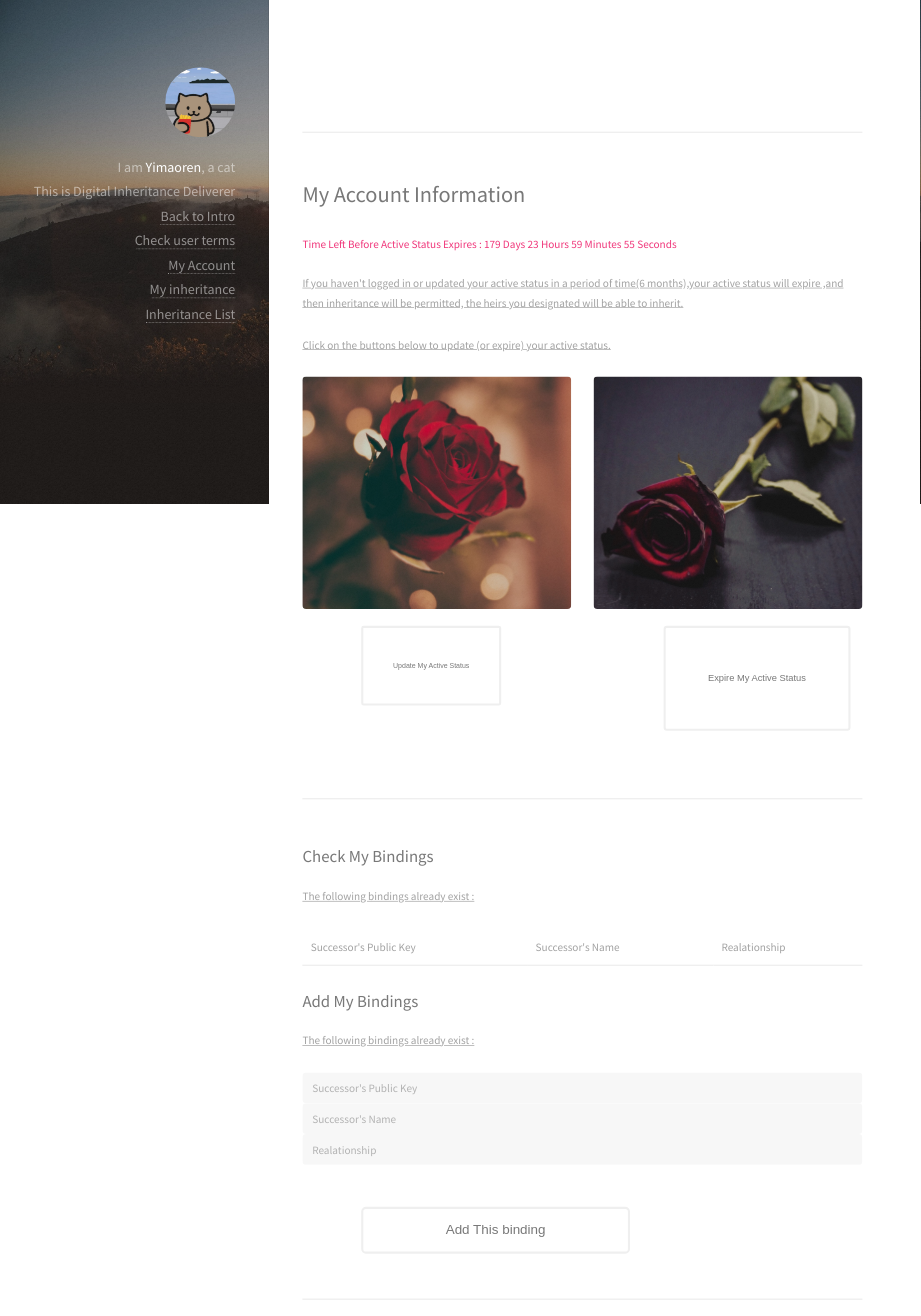
Repository: 1mocat/DID-blockchain-project
Page: Digital_I_D/app/src/myaccount.html
These files come from the project's save history. The page is drawn as it stood at one moment and after the next save; the edit follows.
The browser window is 1280 px wide. The page is 1315 px wide, so the pictures cover 1315 px, including what lies to the right of the window. The pictures show the part of the page from y = 0 to 1880 px (the page is 2494 px tall before and 2598 px after), at 70% of full size.

Above is the page before, as saved 2023-10-03 13:12:47.

After the next save:
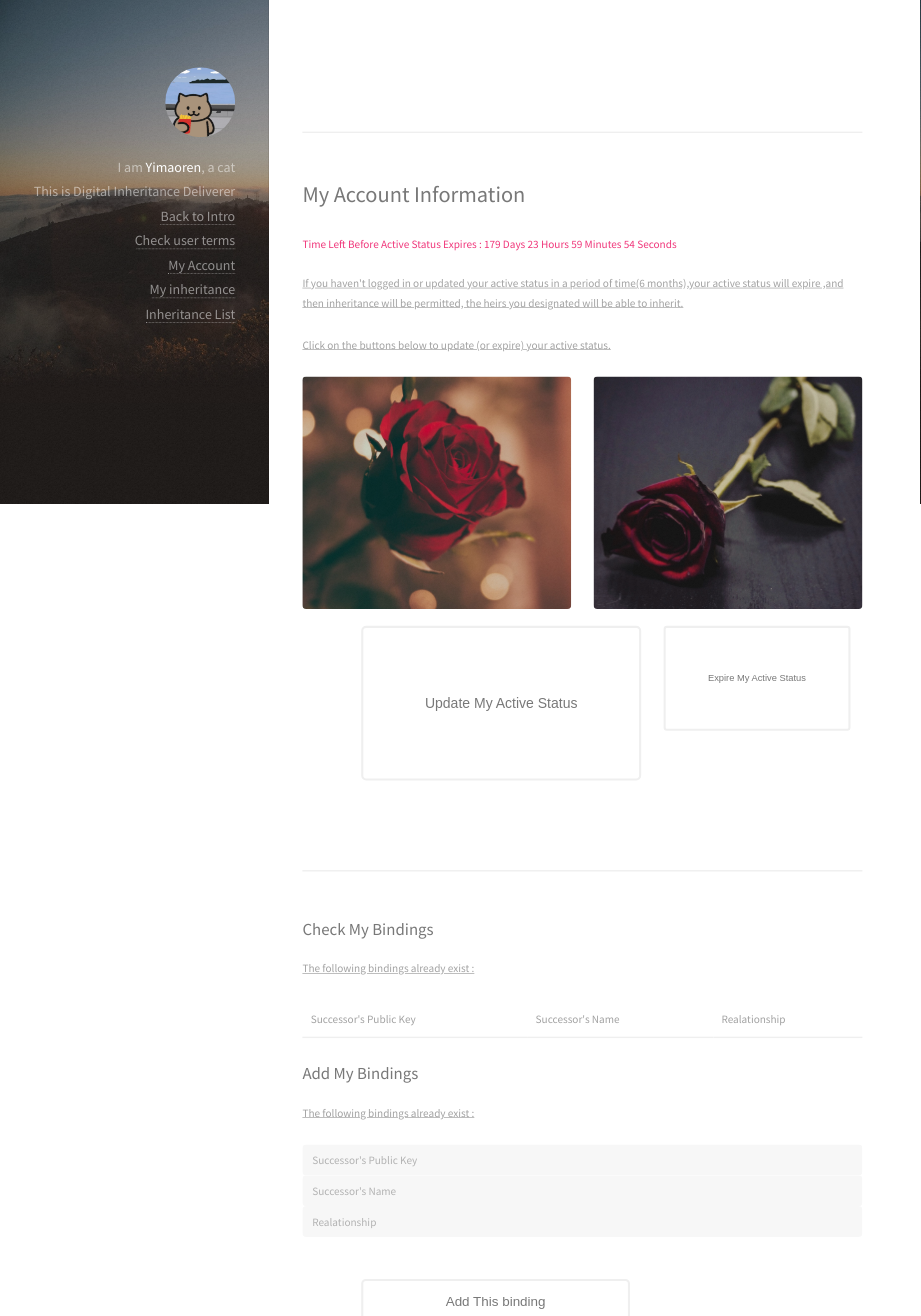
Saved 10 s later.
--- a/Digital_I_D/app/src/myaccount.html
+++ b/Digital_I_D/app/src/myaccount.html
@@ -122,7 +122,7 @@
 				<article class="col-6 col-12-xsmall work-item">
 					<a href="images/bloom.jpg" class="image fit thumb"><img src="images/bloom.jpg" alt="" /></a>
 					<ul class="actions">
-						<button onclick="" class="button custom-button-left " style="font-size: 10px;">Update My Active Status</button>
+						<button onclick="" class="button custom-button-left " style="font-size: 20px;">Update My Active Status</button>
 
 					</ul>
 

After the save that followed:
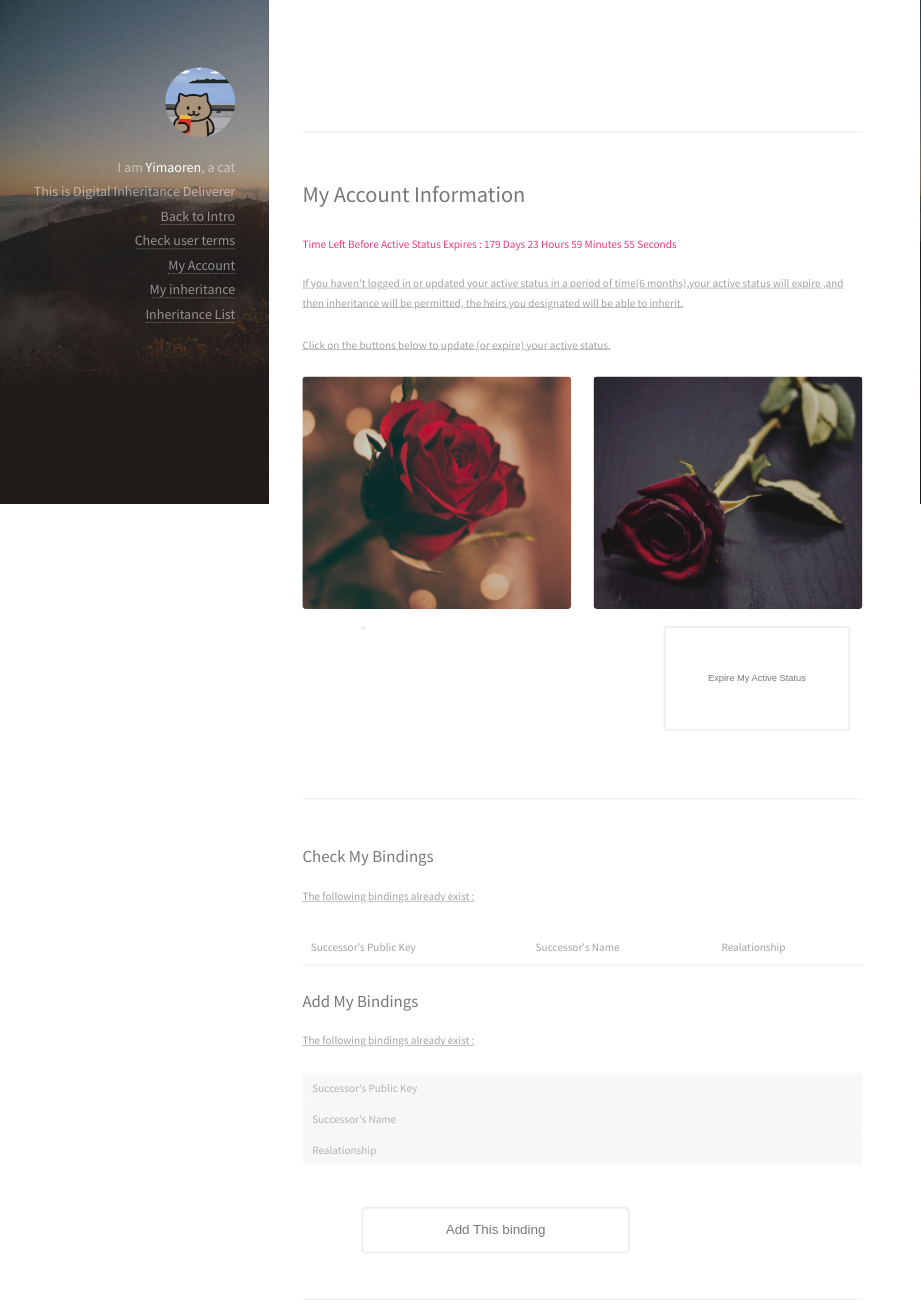
Saved 13 s later.
--- a/Digital_I_D/app/src/myaccount.html
+++ b/Digital_I_D/app/src/myaccount.html
@@ -122,7 +122,7 @@
 				<article class="col-6 col-12-xsmall work-item">
 					<a href="images/bloom.jpg" class="image fit thumb"><img src="images/bloom.jpg" alt="" /></a>
 					<ul class="actions">
-						<button onclick="" class="button custom-button-left " style="font-size: 20px;">Update My Active Status</button>
+						<button onclick="" class="button custom-button-left " style="font-size: 0px;">Update My Active Status</button>
 
 					</ul>
 
